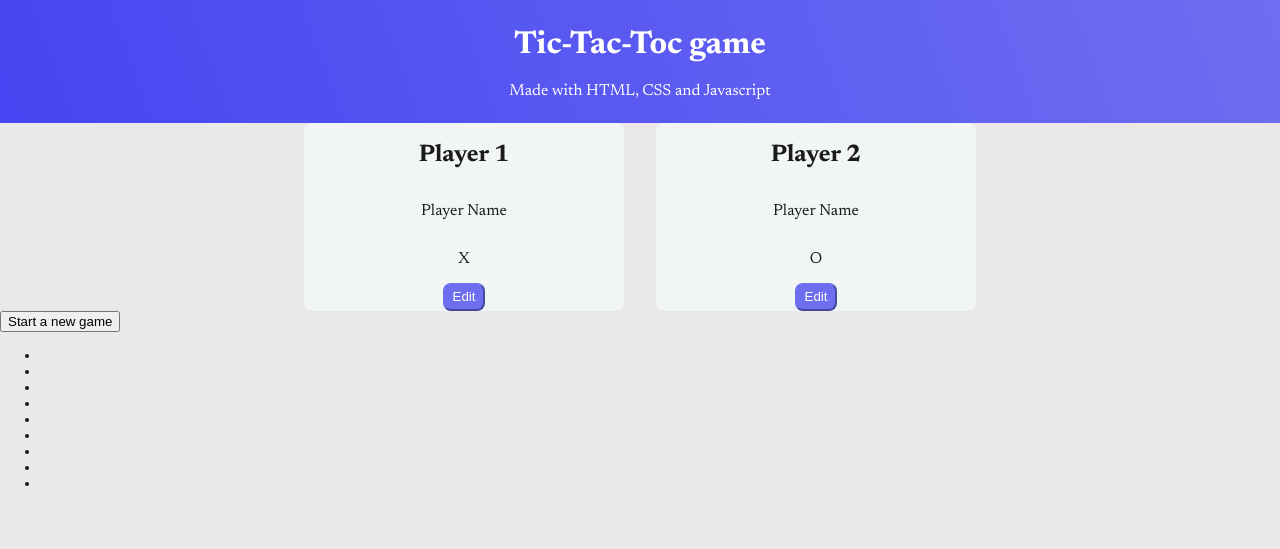
Repository: MicTomm/Tic-tac-toe-game
Page: index.html
The author's editor kept a copy of each file at every save. The page is drawn from the files as they stood at one save, then again after the next save.
The browser window is 1280 px wide. The pictures show the whole page.

Above is the page before, as saved 2023-06-23 16:20:39.
Not found: js-code

After the next save:
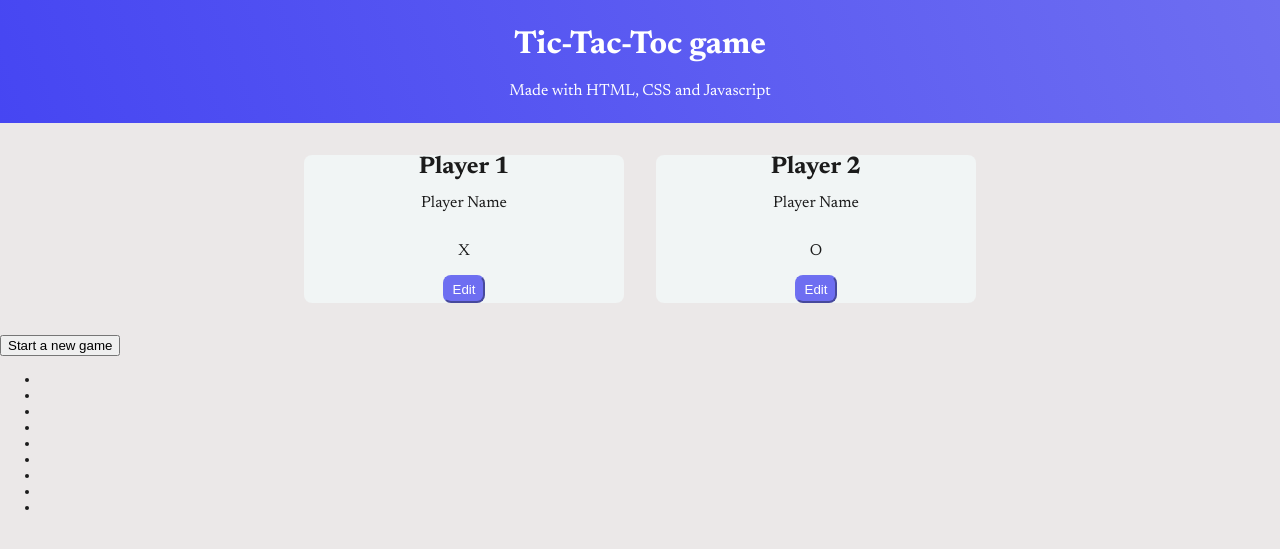
Saved 55 s later.
--- a/styles/configuration.css
+++ b/styles/configuration.css
@@ -2,10 +2,11 @@
     display: flex;
     flex-flow: row;
     justify-content: center;
+    margin: 2rem;
 }
 
 #game-configuration h2{
-
+    margin: 0rem;
 }
 
 #player1-container,
